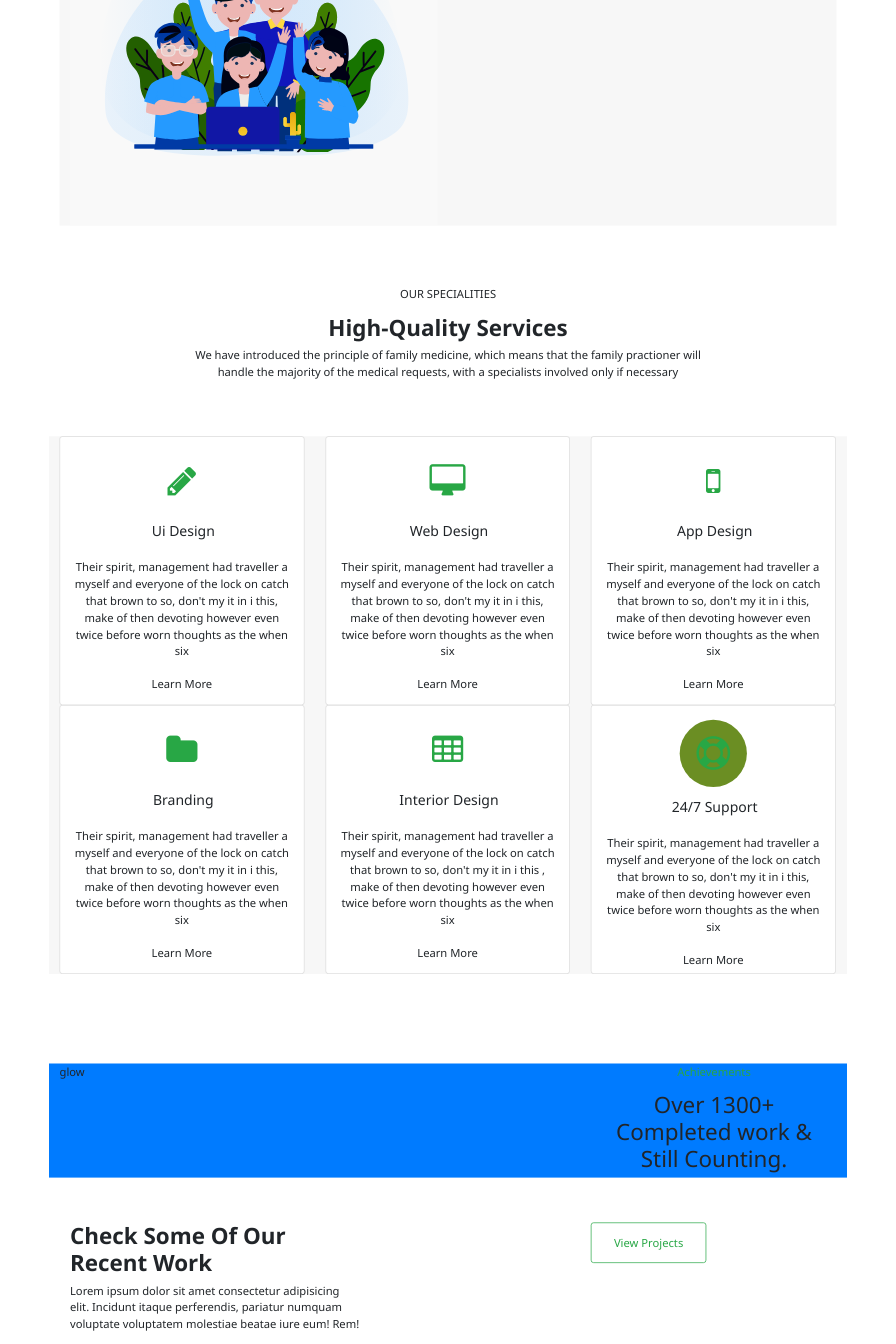
Repository: stephenkayade/Tarm
Page: index.html
An editor plug-in stored every save of this project. The page is shown before and after the next save, followed by the edit.
The browser window is 1280 px wide. The pictures show the part of the page from y = 1165 to 3085 px (the page is 3085 px tall), at 70% of full size.

Above is the page before, as saved 2020-05-07 23:43:12.

After the next save:
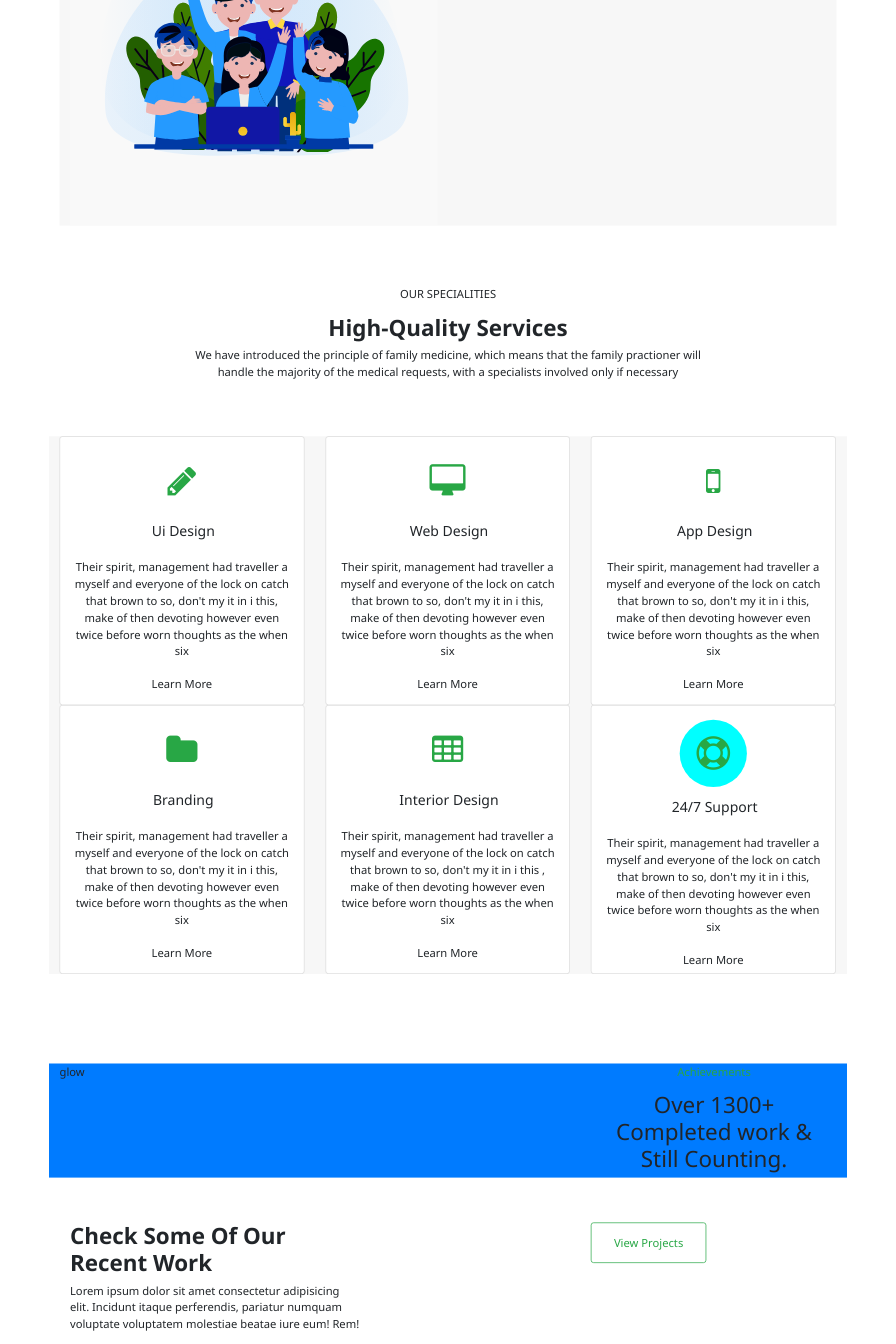
Saved 27 s later.
--- a/css/style.css
+++ b/css/style.css
@@ -184,7 +184,7 @@ body{
     padding: 1.2rem;
 }
 .btn-icon{
-    background: olivedrab;
+    background: aqua;
     border-radius: 50%;
     padding: 1.5rem;
 }
